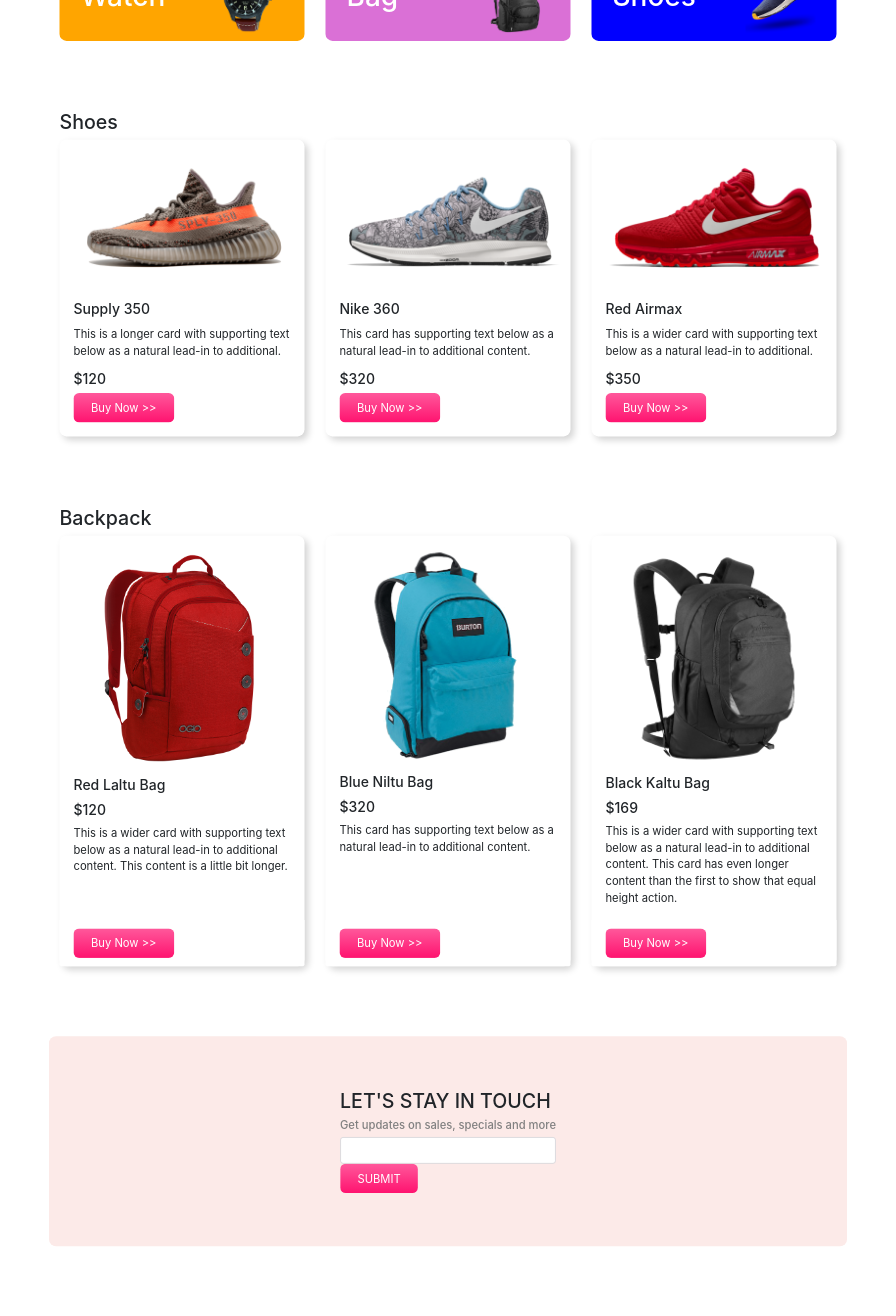
Repository: mohsinfarabi/panda-commerce
Page: index.html
The author's editor kept a copy of each file at every save. The page is drawn from the files as they stood at one save, then again after the next save.
The browser window is 1280 px wide. The pictures show the part of the page from y = 799 to 2719 px (the page is 2679 px tall before and 2719 px after), at 70% of full size.

Above is the page before, as saved 2020-07-07 03:33:39.

### index.html
<!DOCTYPE html>
<html lang="en">

<head>
    <meta charset="UTF-8">
    <meta name="viewport" content="width=device-width, initial-scale=1.0">
    <title>Panda Commerce</title>
    <link rel="stylesheet" href="css/bootstrap/css/bootstrap.min.css">
    <link rel="stylesheet" href="style.css">
</head>

<body>
    <div class="container">
        <nav class="navbar navbar-expand-lg navbar-light bg-light">
            <a class="navbar-brand" href="#"><img src="images/logo.png" alt=""></a>
            <button class="navbar-toggler" type="button" data-toggle="collapse" data-target="#navbarNav" aria-controls="navbarNav" aria-expanded="false" aria-label="Toggle navigation">
              <span class="navbar-toggler-icon"></span>
            </button>
            <div class="collapse navbar-collapse" id="navbarNav">
                <ul class="navbar-nav">
                    <li class="nav-item active">
                        <a class="nav-link" href="#">Home <span class="sr-only">(current)</span></a>
                    </li>
                    <li class="nav-item">
                        <a class="nav-link" href="#shoes">Shoes</a>
                    </li>
                    <li class="nav-item">
                        <a class="nav-link" href="#backpack">Backpack</a>
                    </li>
                    <li class="nav-item">
                        <a class="nav-link" href="#subscribe">Subscribe</a>
                    </li>
                </ul>
            </div>
        </nav>
    </div>
    <div class="container">
        <div id="carouselExampleControls" class="carousel slide orange-bg" data-ride="carousel">
            <div class="carousel-inner">
                <div class="carousel-item active">
                    <div class="row align-items-center">
                        <div class="col-md-7">
                            <h1>Mega LCD TV For Sports</h1>
                            <p>This is the best tv in the world for people who just want to waste time in front of tv</p>
                            <h1 class="price">$1200</h1>
                            <button class="buy-now-button">Buy Now</button>
                        </div>
                        <div class="col-md-5">
                            <img src="images/banner-images/tv.png" class="d-block w-100" alt="...">
                        </div>
                    </div>
                </div>
                <div class="carousel-item">
                    <div class="row align-items-center">
                        <div class="col-md-7">
                            <h1>Cool Dude Headphone</h1>
                            <p>This is the best headdphone in the world for people who just want to waste time in front of funky world.</p>
                            <h1 class="price">$420</h1>
                            <button class="buy-now-button">Buy Now</button>
                        </div>
                        <div class="col-md-5">
                            <img src="images/banner-images/headphone.png" class="d-block w-100" alt="...">
                        </div>
                    </div>
                </div>
                <div class="carousel-item">
                    <div class="row align-items-center">
                        <div class="col-md-7">
                            <h1>Mega LCD TV For Sports</h1>
                            <p>This is the best x-box in the world for people who just want to waste time in front of fake sports.</p>
                            <h1 class="price">$600</h1>
                            <button class="buy-now-button">Buy Now</button>
                        </div>
                        <div class="col-md-5">
                            <img src="images/banner-images/xbox.png" class="d-block w-100" alt="...">
                        </div>
                    </div>
                </div>
            </div>
            <a class="carousel-control-prev" href="#carouselExampleControls" role="button" data-slide="prev">
                <span class="carousel-control-prev-icon" aria-hidden="true"></span>
                <span class="sr-only">Previous</span>
            </a>
            <a class="carousel-control-next" href="#carouselExampleControls" role="button" data-slide="next">
                <span class="carousel-control-next-icon" aria-hidden="true"></span>
                <span class="sr-only">Next</span>
            </a>
        </div>
    </div>

    <div class="container categories">
        <div class="row">
            <div class="col-md-4">
                <div class="d-flex justify-content-between align-items-center cat1">
                    <h1>Watch</h1>
                    <img src="images/categories/watch.png" alt="">
                </div>
            </div>
            <div class="col-md-4">
                <div class="d-flex justify-content-between align-items-center cat2">
                    <h1>Bag</h1>
                    <img src="images/categories/bag.png" alt="">
                </div>
            </div>
            <div class="col-md-4">
                <div class="d-flex justify-content-between align-items-center cat3">
                    <h1>Shoes</h1>
                    <img src="images/categories/shoes.png" alt="">
                </div>
            </div>
        </div>
    </div>

    <div class="container shoes" id="shoes">
        <h3>Shoes</h3>
        <div class="card-deck">
            <div class="card">
                <img src="images/shoes/shoe-1.png" class="card-img-top" alt="...">
                <div class="card-body">
                    <h5 class="card-title">Supply 350</h5>
                    <p class="card-text">This is a longer card with supporting text below as a natural lead-in to additional.</p>
                    <h5>$120</h5>
                    <button class="buy-now-button">Buy Now >></button>
                </div>
            </div>
            <div class="card">
                <img src="images/shoes/shoe-2.png" class="card-img-top" alt="...">
                <div class="card-body">
                    <h5 class="card-title">Nike 360</h5>
                    <p class="card-text">This card has supporting text below as a natural lead-in to additional content.</p>
                    <h5>$320</h5>
                    <button class="buy-now-button">Buy Now >></button>
                </div>
            </div>
            <div class="card">
                <img src="images/shoes/shoe-3.png" class="card-img-top" alt="...">
                <div class="card-body">
                    <h5 class="card-title">Red Airmax</h5>
                    <p class="card-text">This is a wider card with supporting text below as a natural lead-in to additional.</p>
                    <h5>$350</h5>
                    <button class="buy-now-button">Buy Now >></button>
                </div>
            </div>
        </div>
    </div>

    <div class="container" id="backpack">
        <h3>Backpack</h3>
        <div class="card-deck">
            <div class="card">
                <img src="images/bags/bag-1.png" class="card-img-top" alt="...">
                <div class="card-body">
                    <h5 class="card-title">Red Laltu Bag</h5>
                    <h5>$120</h5>
                    <p class="card-text">This is a wider card with supporting text below as a natural lead-in to additional content. This content is a little bit longer.</p>
                </div>
                <div class="card-footer">
                    <button class="buy-now-button">Buy Now >></button>
                </div>
            </div>
            <div class="card">
                <img src="images/bags/bag-2.png" class="card-img-top" alt="...">
                <div class="card-body">
                    <h5 class="card-title">Blue Niltu Bag</h5>
                    <h5>$320</h5>
                    <p class="card-text">This card has supporting text below as a natural lead-in to additional content.</p>
                </div>
                <div class="card-footer">
                    <button class="buy-now-button">Buy Now >></button>
                </div>
            </div>
            <div class="card">
                <img src="images/bags/bag-3.png" class="card-img-top" alt="...">
                <div class="card-body">
                    <h5 class="card-title">Black Kaltu Bag</h5>
                    <h5>$169</h5>
                    <p class="card-text">This is a wider card with supporting text below as a natural lead-in to additional content. This card has even longer content than the first to show that equal height action.</p>
                </div>
                <div class="card-footer">
                    <button class="buy-now-button">Buy Now >></button>
                </div>
            </div>
        </div>
    </div>

    <div class="container d-flex align-items-center justify-content-center orange-bg" id="subscribe">
        <div>
            <h3>LET'S STAY IN TOUCH</h3>
            <h6>Get updates on sales, specials and more</h6>
            <input class="form-control" type="text">
            <button class="buy-now-button">SUBMIT</button>
        </div>
    </div>


    <script src="https://code.jquery.com/jquery-3.5.1.slim.min.js" integrity="sha384-DfXdz2htPH0lsSSs5nCTpuj/zy4C+OGpamoFVy38MVBnE+IbbVYUew+OrCXaRkfj" crossorigin="anonymous"></script>
    <script src="https://cdn.jsdelivr.net/npm/popper.js@1.16.0/dist/umd/popper.min.js" integrity="sha384-Q6E9RHvbIyZFJoft+2mJbHaEWldlvI9IOYy5n3zV9zzTtmI3UksdQRVvoxMfooAo" crossorigin="anonymous"></script>
    <script src="https://stackpath.bootstrapcdn.com/bootstrap/4.5.0/js/bootstrap.min.js" integrity="sha384-OgVRvuATP1z7JjHLkuOU7Xw704+h835Lr+6QL9UvYjZE3Ipu6Tp75j7Bh/kR0JKI" crossorigin="anonymous"></script>
</body>

</html>

### style.css
.container {
    margin-bottom: 100px;
}

.orange-bg {
    background-color: #fceae8;
    border-radius: 10px;
}

.carousel-item {
    padding: 20px 40px;
}

.price {
    color: #ff136f;
}

.buy-now-button {
    background-image: linear-gradient(to bottom, #FF589B 0%, #FF136F 100%);
    color: #fff;
    border: none;
    border-radius: 8px;
    padding: 9px 25px;
    cursor: pointer;
}

.cat1,
.cat2,
.cat3 {
    padding: 10px 30px;
    border-radius: 10px;
}

.cat1 {
    background-color: orange;
}

.cat2 {
    background-color: orchid;
}

.cat3 {
    background-color: blue;
}

.categories h1 {
    color: white;
}

.categories img {
    width: 100px;
}

.card {
    border: none;
    border-radius: 10px;
    box-shadow: 5px 5px 10px lightgray;
}

.card-footer {
    background-color: white;
    border-top: none;
}

#subscribe {
    height: 300px;
}

#subscribe h6 {
    color: gray;
}

Loaded but not shown: css/bootstrap/css/bootstrap.min.css (library)

After the next save:
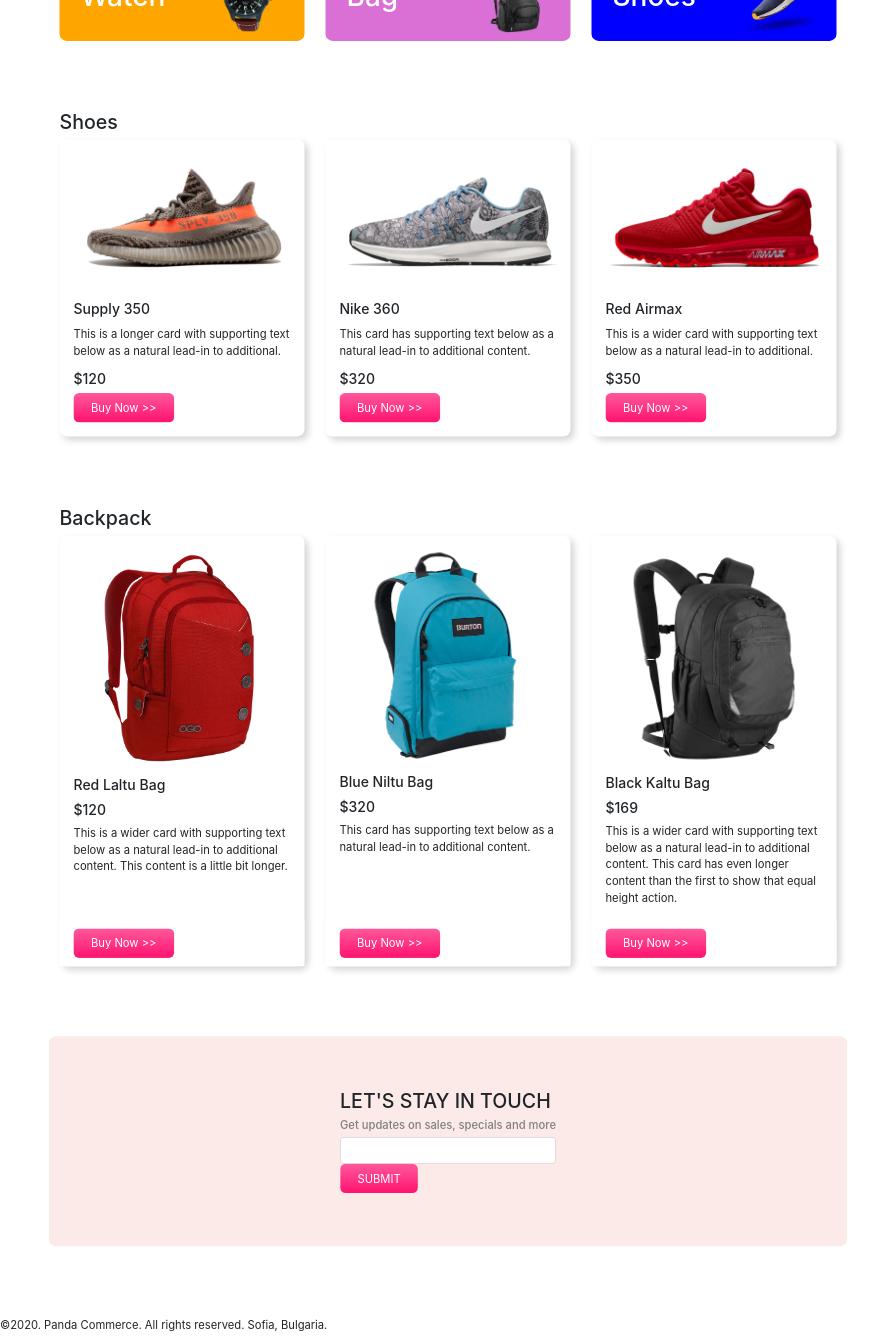
Saved 2 min 42 s later.
--- a/index.html
+++ b/index.html
@@ -192,6 +192,9 @@
         </div>
     </div>
 
+    <footer>
+        <p>©2020. Panda Commerce. All rights reserved. Sofia, Bulgaria.</p>
+    </footer>
 
     <script src="https://code.jquery.com/jquery-3.5.1.slim.min.js" integrity="sha384-DfXdz2htPH0lsSSs5nCTpuj/zy4C+OGpamoFVy38MVBnE+IbbVYUew+OrCXaRkfj" crossorigin="anonymous"></script>
     <script src="https://cdn.jsdelivr.net/npm/popper.js@1.16.0/dist/umd/popper.min.js" integrity="sha384-Q6E9RHvbIyZFJoft+2mJbHaEWldlvI9IOYy5n3zV9zzTtmI3UksdQRVvoxMfooAo" crossorigin="anonymous"></script>
